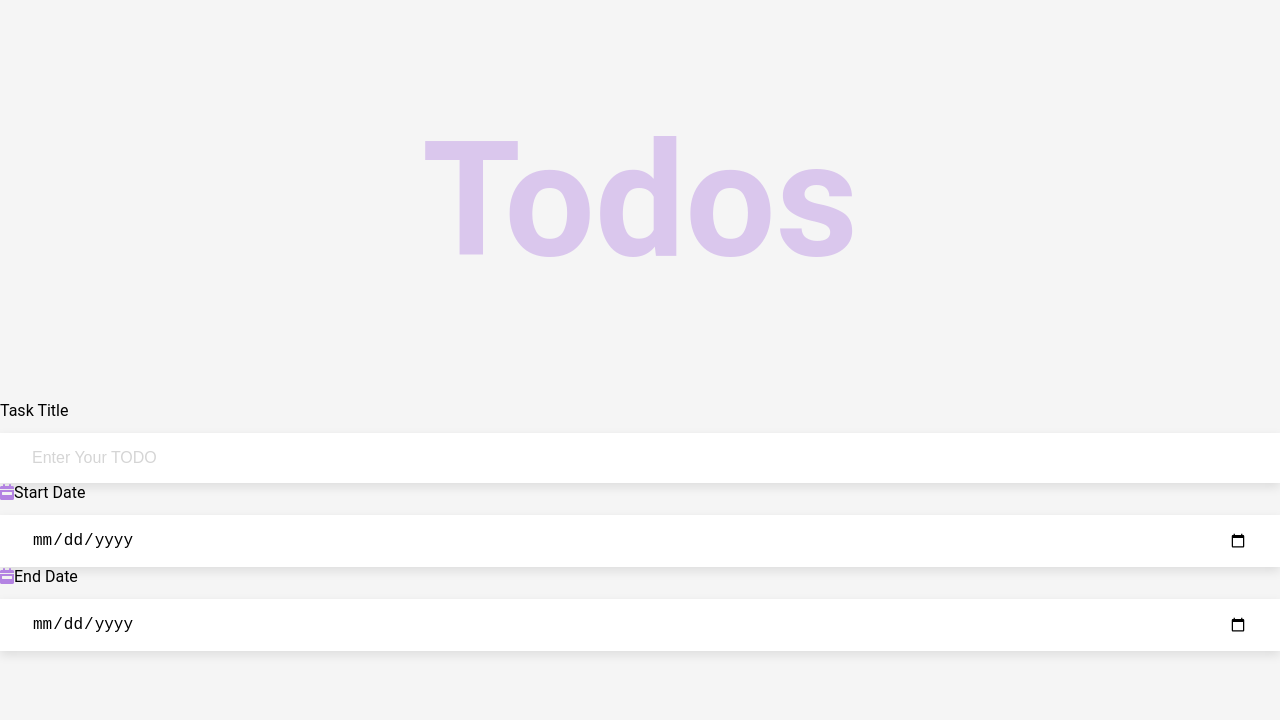
Repository: Surahailat/TypeScript
Page: Mini project 10-3/Project-TS.html
The author's editor kept a copy of each file at every save. The page is drawn from the files as they stood at one save, then again after the next save.
The browser window is 1280 px wide. The pictures show the whole page.

Above is the page before, as saved 2025-03-10 12:51:08.

### Mini project 10-3/Project-TS.html
<!DOCTYPE html>
<html lang="en">

<head>
    <meta charset="UTF-8">
    <meta name="viewport" content="width=device-width, initial-scale=1.0">
    <title>Document</title>
    <link href="https://cdnjs.cloudflare.com/ajax/libs/font-awesome/6.0.0-beta3/css/all.min.css" rel="stylesheet">
    <style>
        * {
            box-sizing: border-box;
        }

        body {
            background-color: #f5f5f5;
            font-family: "roboto", sans-serif;
            margin: 0;
        }

        h1 {
            color: rgb(179, 131, 226);
            font-size: 10rem;
            text-align: center;
            opacity: 0.4;

        }

        .input {
            width: 400px;
            max-width: 100%;
            box-shadow: 0px 4px 10px rgb(0, 0, 0, 0.1);
            margin: auto;
            margin-top: 1%;
            border: none;
            width: 100%;
            display: block;
            padding: 1rem 2rem;
            font-size: 1rem;

        }

        .input::placeholder {
            color: #d5d5d5;

        }
    </style>
</head>

<body>
    <h1>Todos</h1>
    <Label>Task Title</Label>
    <input type="text" class="input" placeholder="Enter Your TODO" autocomplete="off" id="input">
    <Label><i class="fa-solid fa-calendar-week" style="color: #b383e2;"></i>Start Date</Label>
    <input type="date" class="input" placeholder="Enter Your TODO" autocomplete="off" id="input">
    <Label><i class="fa-solid fa-calendar-week" style="color: #b383e2;"></i>End Date</Label>
    <input type="date" class="input" placeholder="Enter Your TODO" autocomplete="off" id="input">

</body>

</html>

After the next save:
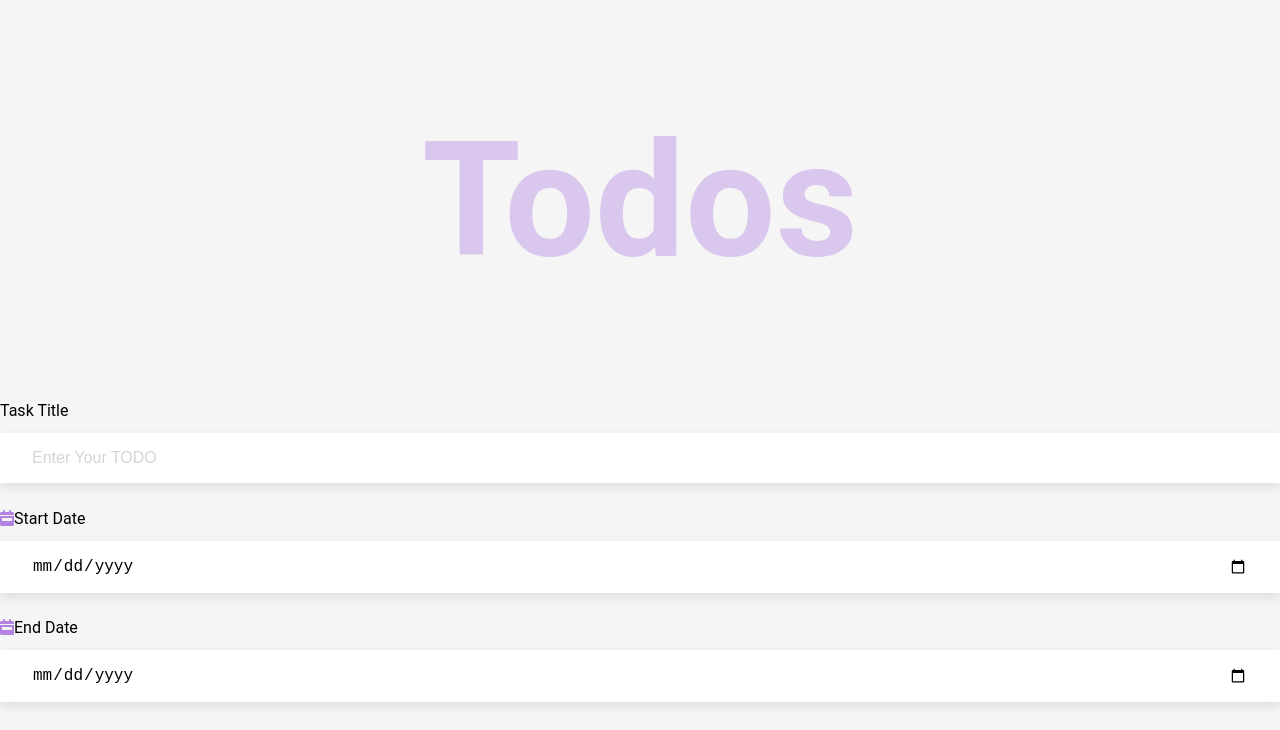
Saved 63 s later.
--- a/Mini project 10-3/Project-TS.html
+++ b/Mini project 10-3/Project-TS.html
@@ -36,7 +36,7 @@
             display: block;
             padding: 1rem 2rem;
             font-size: 1rem;
-
+            margin-bottom: 2%;
         }
 
         .input::placeholder {
